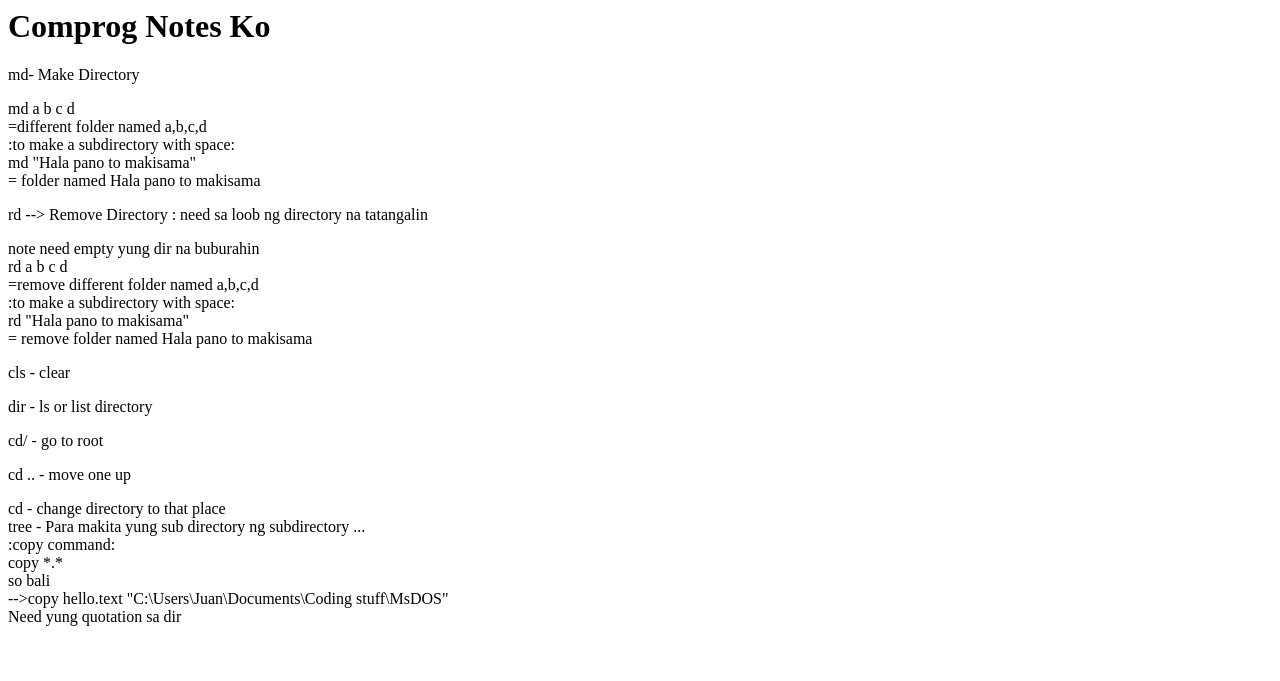
Repository: zwainer/Comprog
Page: index.html
The author's editor kept a copy of each file at every save. The page is drawn from the files as they stood at one save, then again after a run of saves.
The browser window is 1280 px wide. The pictures show the whole page.

Above is the page before, as saved 2023-05-04 08:36:41.

After the next 3 saves:
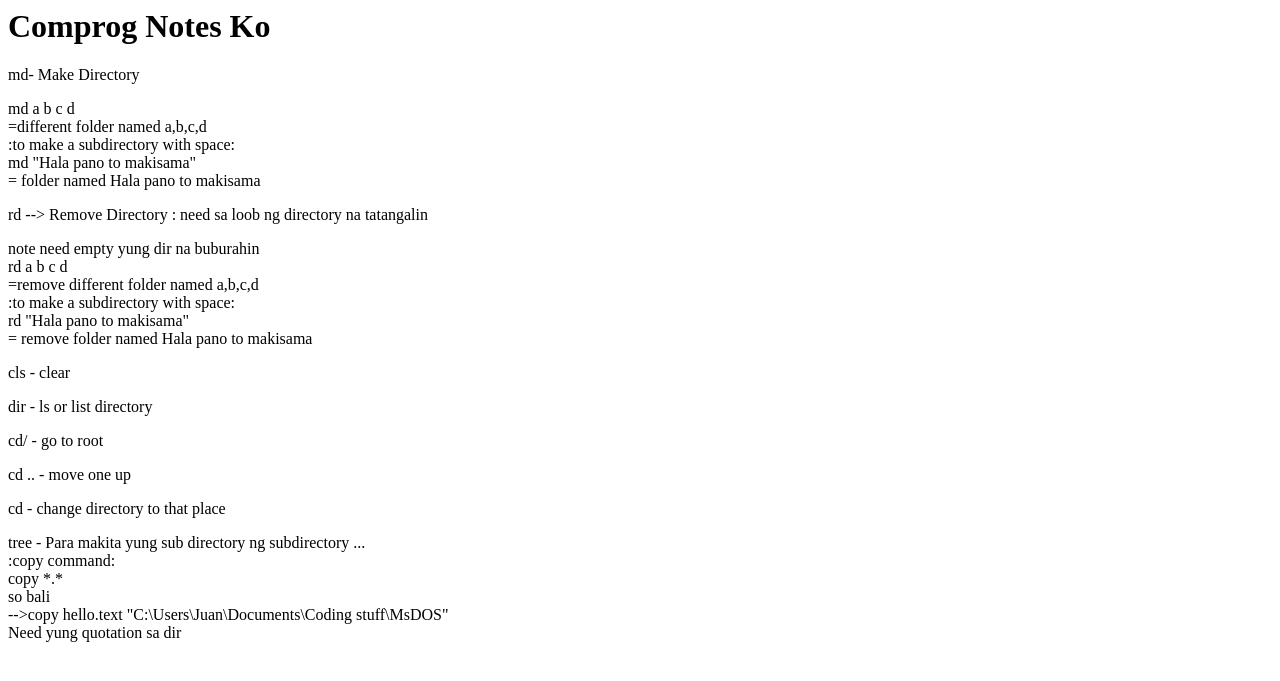
The 3 saves are shown as one change because they came seconds apart.
The last was saved 10 s later.
--- a/index.html
+++ b/index.html
@@ -34,7 +34,7 @@ rd a b c d <br/>
 
 <p class="StartCommand">cd .. - move one up<br/></p>
 
-<p class="StartCommand">cd <directory> - change directory to that place<br/>
+<p class="StartCommand">cd <directory> - change directory to that place<br/></p>
 
 tree - Para makita yung sub directory ng subdirectory ...<br/>
 
